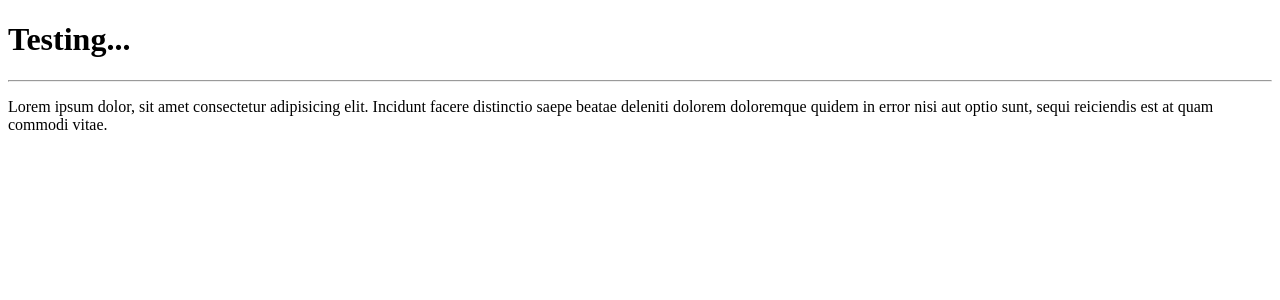
Repository: MarcioFreitasUFSC21/Proejct00
Page: ExampleSite/Assets/index2.html
The author's editor kept a copy of each file at every save. The page is drawn from the files as they stood at one save, then again after the next save.
The browser window is 1280 px wide. The pictures show the whole page.

Above is the page before, as saved 2023-03-18 16:58:13.

### ExampleSite/Assets/index2.html
<!DOCTYPE html>
<html lang="pt-br">
<head>
    <meta charset="UTF-8">
    <meta http-equiv="X-UA-Compatible" content="IE=edge">
    <meta name="viewport" content="width=device-width, initial-scale=1.0">
    <title>The first page</title>
</head>
<body>
    <h1> Testing... </h1>
    <hr>
    <p> Lorem ipsum dolor, sit amet consectetur adipisicing elit. Incidunt facere distinctio saepe beatae deleniti dolorem doloremque quidem in error nisi aut optio sunt, sequi reiciendis est at quam commodi vitae.</p>
    <section>
        <div>




        </div>


    </section>
</body>
</html>

After the next save:
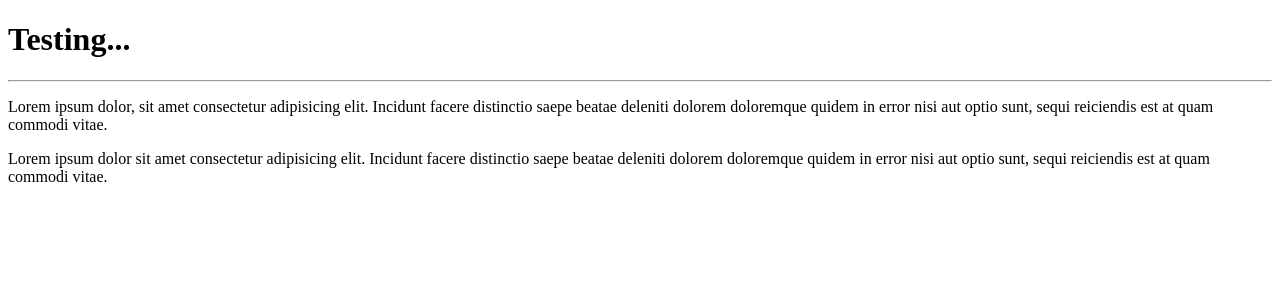
Saved 6 s later.
--- a/ExampleSite/Assets/index2.html
+++ b/ExampleSite/Assets/index2.html
@@ -15,7 +15,7 @@
 
 
 
-
+            <p>Lorem ipsum dolor sit amet consectetur adipisicing elit. Incidunt facere distinctio saepe beatae deleniti dolorem doloremque quidem in error nisi aut optio sunt, sequi reiciendis est at quam commodi vitae.</p>
         </div>
 
 
